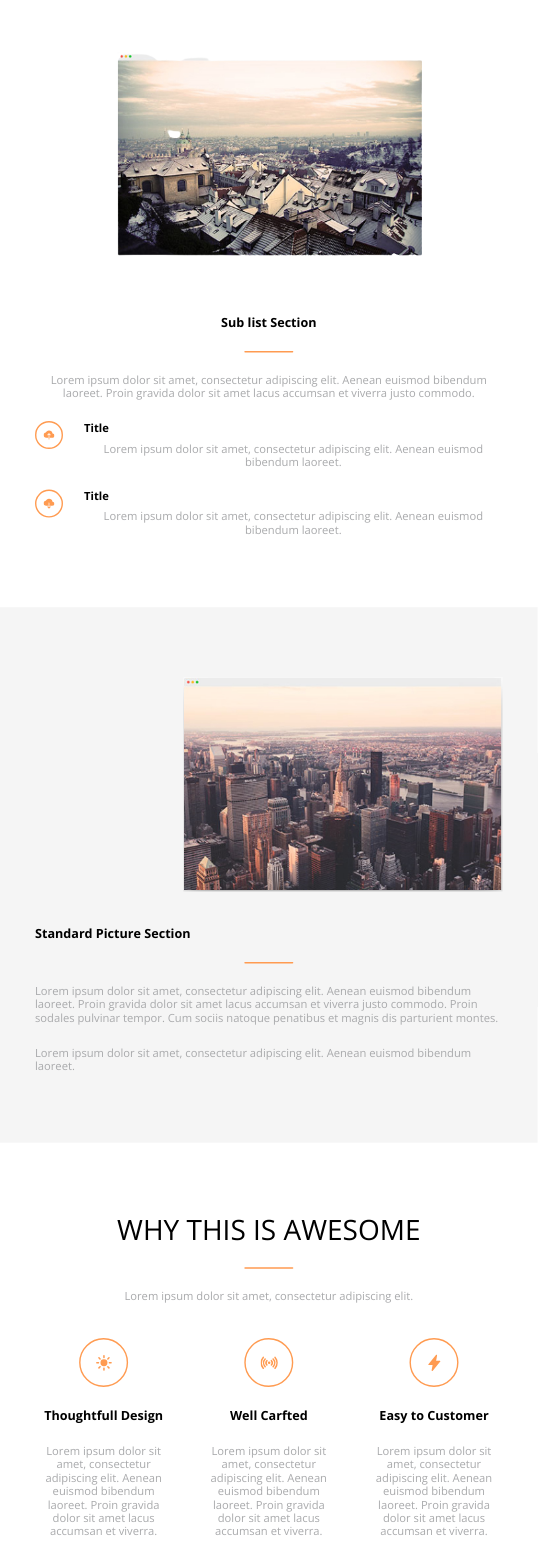
Repository: dinhtri123/axureThems
Page: index.html
An editor plug-in stored every save of this project. The page is shown before and after the next save, followed by the edit.
The browser window is 768 px wide. The pictures show the part of the page from y = 1829 to 4069 px (the page is 5191 px tall), at 70% of full size.

Above is the page before, as saved 2023-02-11 19:14:17.

After the next save:
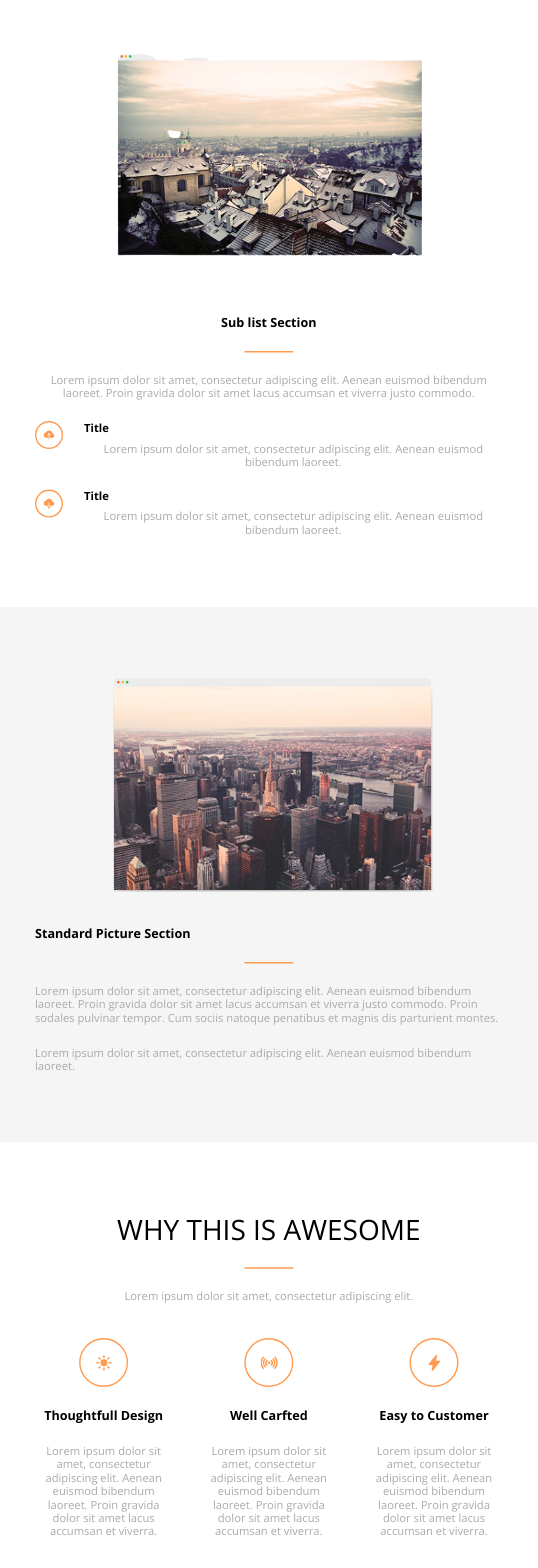
Saved 13 s later.
--- a/style.css
+++ b/style.css
@@ -496,7 +496,7 @@ footer p {
     display:flex;
     flex-direction: column-reverse;
   }
-  .tabsRight, .subLeft{
+  .tabsRight, .subLeft, .sectionRight{
     width:70%;
     margin:auto;
   }
